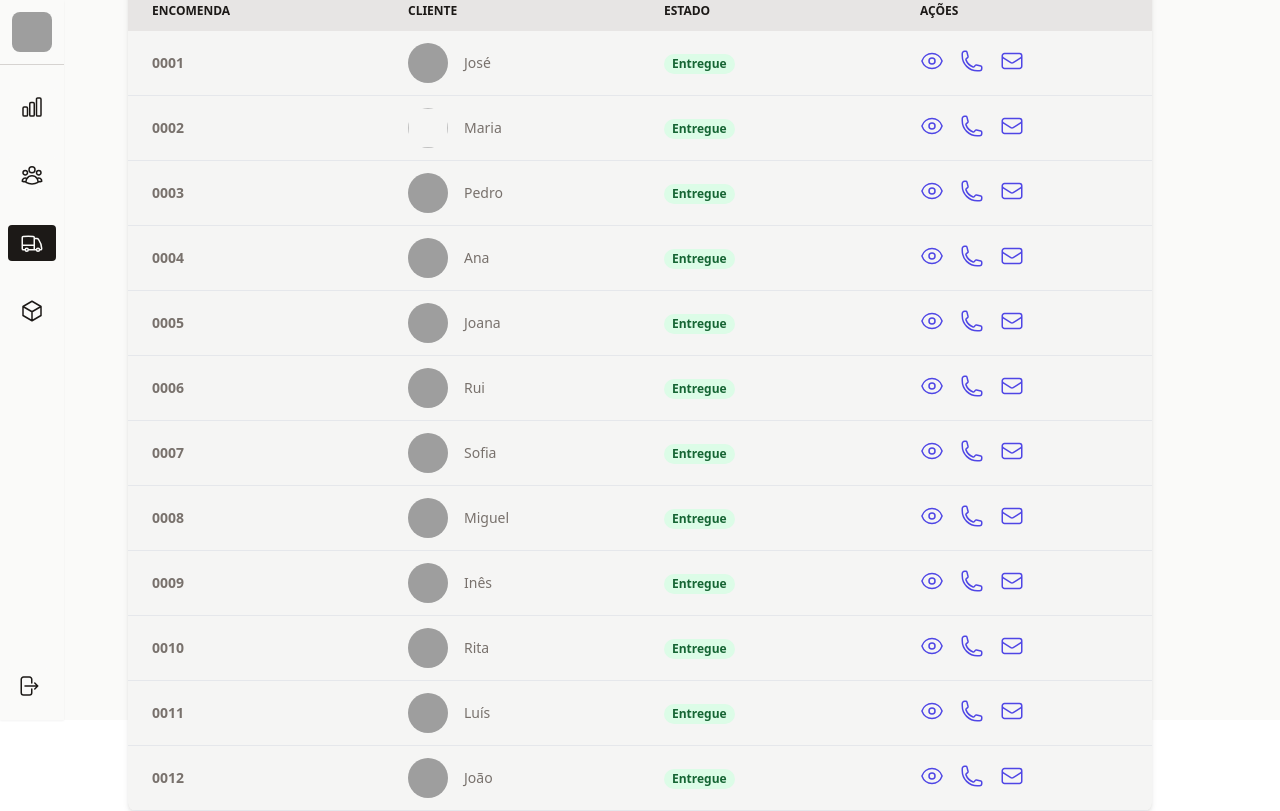
Repository: XavierOtavio/Cuzinhas
Page: /dashboard/orders
An editor plug-in stored every save of this project. The page is shown before and after the next save, followed by the edit.
The browser window is 1280 px wide. The pictures show the whole page.
Pictures or frames that could not be fetched are drawn as grey boxes. The project was rebuilt for these pictures with package versions that can differ from the ones it lists, and the page was loaded fresh each time. Also part of the build but not shown: src/components/Logotipo.js, src/components/Header.js, src/components/Dashboard.js, src/components/Login.js, src/components/Register.js, src/components/Home.js, src/components/LayoutFront.js.

Above is the page before, as saved 2023-03-08 15:45:56.

After the next save:
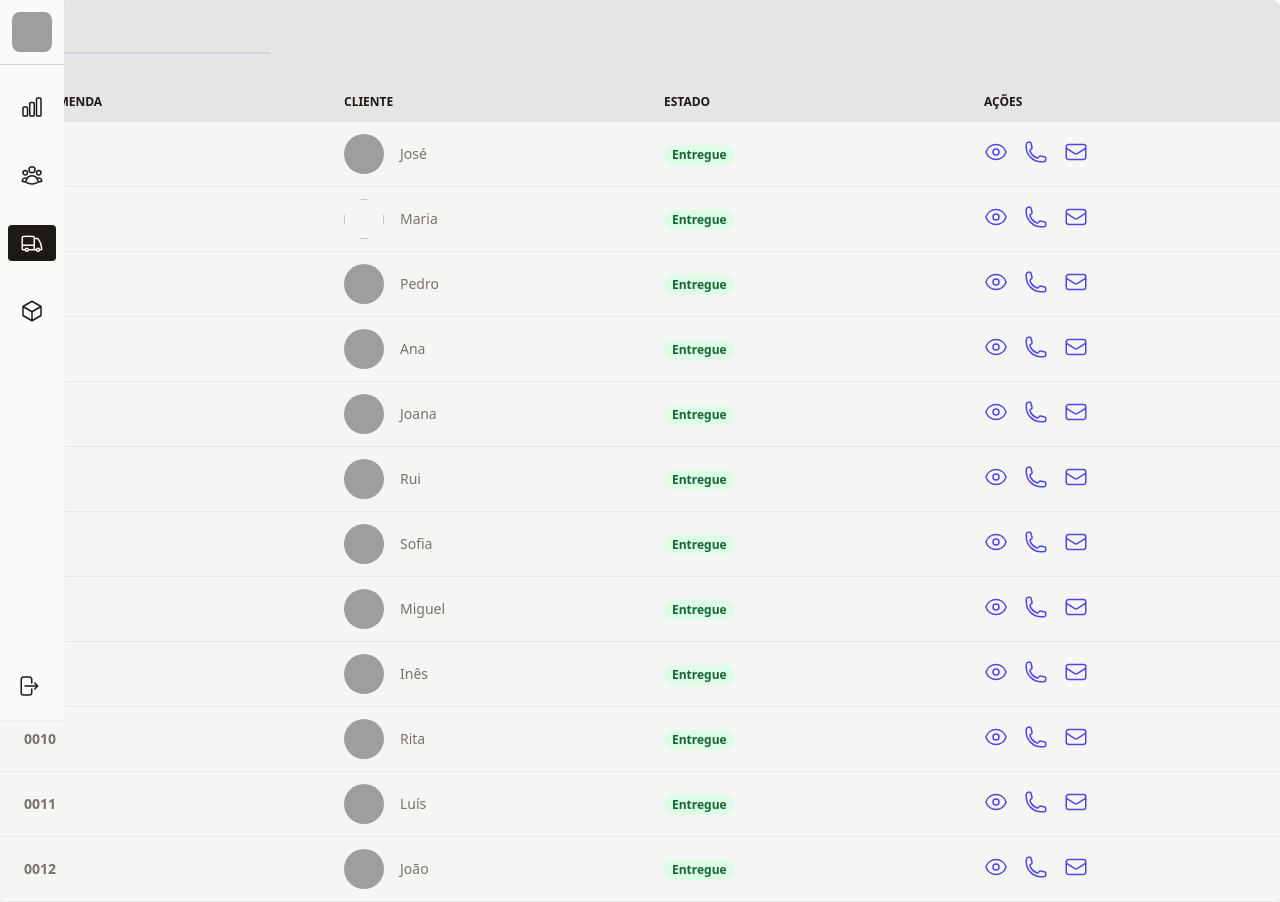
Saved 12 s later.
--- a/src/components/Orders.js
+++ b/src/components/Orders.js
@@ -121,7 +121,7 @@ export default function Orders() {
   });
 
   return (
-    <div className="w-full mx-32 top-0 overflow-x-auto shadow-md sm:rounded-lg bg-stone-200">
+    <div className="w-full  absolute mx-32 top-0 overflow-x-auto shadow-md sm:rounded-lg bg-stone-200">
       <div className="flex items-center justify-between pb-4">
         <div className="relative mx-6 my-3 flex-1">
           <select
